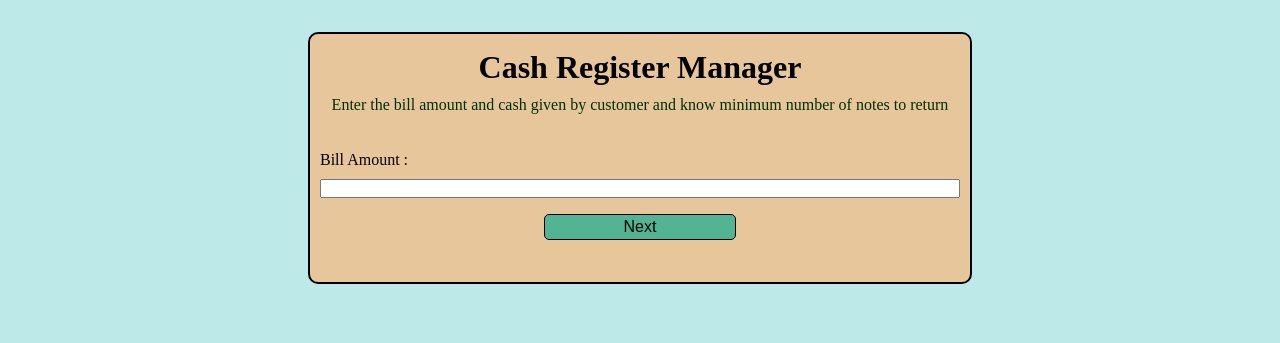
Repository: patelamancode/Cash-register-manager-app
Page: index.html
An editor plug-in stored every save of this project. The page is shown before and after the next save, followed by the edit.
The browser window is 1280 px wide. The pictures show the whole page.

Above is the page before, as saved 2022-11-21 15:25:23.

### index.html
<!DOCTYPE html>
<html lang="en">

<head>
    <meta charset="UTF-8">
    <meta http-equiv="X-UA-Compatible" content="IE=edge">
    <meta name="viewport" content="width=device-width, initial-scale=1.0">
    <link rel="stylesheet" href="index.css">
    <title>Cash register app</title>
</head>

<body>
    <div id="main-container">
        <h1 class="heading">Cash Register Manager</h1>
        <p id="description">Enter the bill amount and cash given by customer
            and know minimum number of notes to return
        </p>
        <p class="error-check-for-bill"></p>
        <label for="Bill-amount">Bill Amount :</label>
        <input type="text" id="bill-amount">
        <button id="next-btn">Next</button>
        <div class="sub-container">
            <label for="Cash-amount" class="cash-section">User Cash :</label>
            <input type="text" id="cash-amount">
            <button class="check-btn">Check</button>
            <p class="error-message"></p>
            <table class="change-cash">
                <caption>Return Change Cash :</caption>
                <tr>
                    <th>No. of notes</th>
                    <td class="notes-number"></td>
                    <td class="notes-number"></td>
                    <td class="notes-number"></td>
                    <td class="notes-number"></td>
                    <td class="notes-number"></td>
                    <td class="notes-number"></td>
                    <td class="notes-number"></td>
                    <td class="notes-number"></td>
                    <td class="notes-number"></td>
                    <td class="notes-number"></td>
                </tr>
                <tr>
                    <th>Notes</th>
                    <td>2000</td>
                    <td>1000</td>
                    <td>500</td>
                    <td>200</td>
                    <td>100</td>
                    <td>50</td>
                    <td>20</td>
                    <td>10</td>
                    <td>5</td>
                    <td>1</td>
                </tr>
            </table>
        </div>
    </div>

    <script src="index.js"></script>
</body>

</html>

### index.css
*{
    margin: 0;
    padding: 0;
}

body{
    background-color: rgb(189, 233, 233);
}

#main-container{
    display: flex;
    flex-direction: column;
    width: 50vw;
    margin: auto;
    margin-top: 2rem;
    padding: 10px;
    border: 2px solid black;
    border-radius: 10px;
    background-color: rgb(231, 198, 156);
    text-align: center;
}

h1{
    margin-bottom: 10px;
    padding-top: 5px;
}

#description{
    font-size: 1rem;
    color: rgb(2, 46, 2);
    margin-bottom: 2rem;
}

.error-check-for-bill{
    background-color: yellow;
}
label{
    text-align: left;
    margin-bottom: 10px;
    margin-top: 5px;
}

input{
    margin-bottom: 1rem;
    text-decoration: none;

}

button{
    width: 30%;
    margin: auto;
    margin-bottom: 2rem;
    padding: 3px;
    font-size: 1rem;
    font-weight: 500;
    border: 1px solid;
    background-color: rgb(83, 180, 148);
    border-radius: 5px;
}

caption{
    margin-top: 1.5rem;
    margin-bottom: 1rem;
}

table, th, td{
    border: 1px solid black;
}
table{
    border-collapse: collapse;
}

.sub-container{
    display: none;
    flex-direction: column;
    width: 50vw;
    margin: auto;
}






@media(max-width: 700px){

}

### index.js
// document.querySelector('.check-btn').addEventListener('click', function(){
//     console.log("Check button is clicked")
// })

const billAmount = document.querySelector('#bill-amount');
const cashAmount = document.querySelector('#cash-amount');
const checkButton = document.querySelector('.check-btn');
const errorMessage = document.querySelector('.error-message');
const notesDisplay = document.querySelectorAll('.notes-number');
const hideContent = document.querySelector('.sub-container');
const nextButton = document.querySelector('#next-btn');
// const mainError = document.querySelector('error-check-for-bill');


nextButton.addEventListener('click', function(){
    hideContent.style.display = "flex";
    nextButton.style.display = "none";
    // if(!billAmount.value){
    //     hideContent.style.display = "none";
    //     mainError.innerText = "Please make sure input bill amount must be positive and non-zero value";
    //     mainError.style.display ="block";
    //     mainError.style.backgroundColor = "red";
    // }
});

const displayErrorMessage = function (message) {
    errorMessage.style.display = "block";
    errorMessage.style.backgroundColor = "red";
    errorMessage.innerText = message;
};
const hideErrorMessage = function(){
    errorMessage.style.display = "none";

};

const notesArray = [2000, 1000, 500, 200, 100, 50, 20, 10, 5, 1];
const numberOfNotesGiven = function(returnAmount){
    for(let i=0; i< notesArray.length; i++){
        let notesCount = Math.trunc(returnAmount/notesArray[i]);
        returnAmount = returnAmount%notesArray[i];
        notesDisplay[i].innerText = notesCount;
    }
};

checkButton.addEventListener('click', function amountValidation() {
    hideErrorMessage();

    if (billAmount.value > 0) {
        if(cashAmount.value > billAmount.value){
            const returnAmount = cashAmount.value - billAmount.value;
            numberOfNotesGiven(returnAmount);
        }
        else if(cashAmount.value = billAmount.value){
            displayErrorMessage("AMOUNTS ARE EQUALS NO NEED FOR CHANGE")
        }
        else{
            displayErrorMessage("Invalid Cash value as per Bill amount");
        }
    }
    else {
        displayErrorMessage("Please make sure input bill amount must be positive and non-zero value");
    }
});

After the next save:
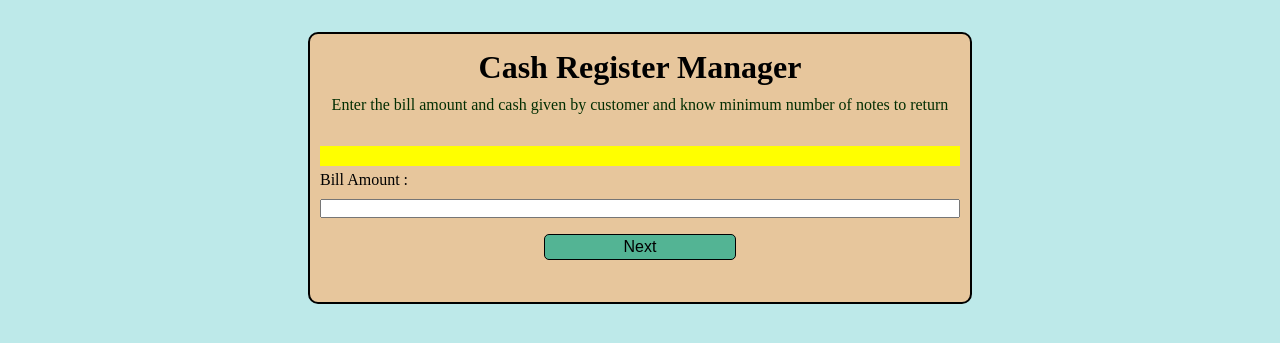
Saved 2 min 52 s later.
--- a/index.css
+++ b/index.css
@@ -33,6 +33,7 @@
 
 .error-check-for-bill{
     background-color: yellow;
+    height: 20px;
 }
 label{
     text-align: left;

After the 3 saves that followed:
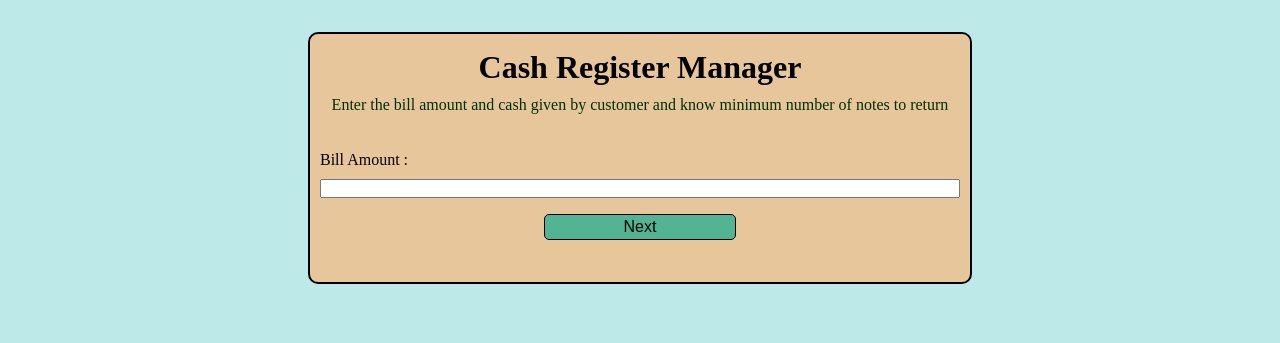
The 3 saves are shown as one change because 2 left the picture as it was.
The last was saved 3 min 32 s later.
--- a/index.css
+++ b/index.css
@@ -31,10 +31,11 @@
     margin-bottom: 2rem;
 }
 
-.error-check-for-bill{
+/* .error-check-for-bill{
     background-color: yellow;
     height: 20px;
-}
+} */
+
 label{
     text-align: left;
     margin-bottom: 10px;
--- a/index.js
+++ b/index.js
@@ -9,18 +9,19 @@ const errorMessage = document.querySelector('.error-message');
 const notesDisplay = document.querySelectorAll('.notes-number');
 const hideContent = document.querySelector('.sub-container');
 const nextButton = document.querySelector('#next-btn');
-// const mainError = document.querySelector('error-check-for-bill');
+const mainError = document.querySelector('error-check-for-bill');
 
 
 nextButton.addEventListener('click', function(){
     hideContent.style.display = "flex";
     nextButton.style.display = "none";
-    // if(!billAmount.value){
-    //     hideContent.style.display = "none";
-    //     mainError.innerText = "Please make sure input bill amount must be positive and non-zero value";
-    //     mainError.style.display ="block";
-    //     mainError.style.backgroundColor = "red";
-    // }
+    if(!billAmount.value){
+        hideContent.style.display = "none";
+        mainError.innerText = "Please make sure input bill amount must be positive and non-zero value";
+        mainError.style.height = "20px";
+        mainError.style.display ="block";
+        mainError.style.backgroundColor = "red";
+    }
 });
 
 const displayErrorMessage = function (message) {
